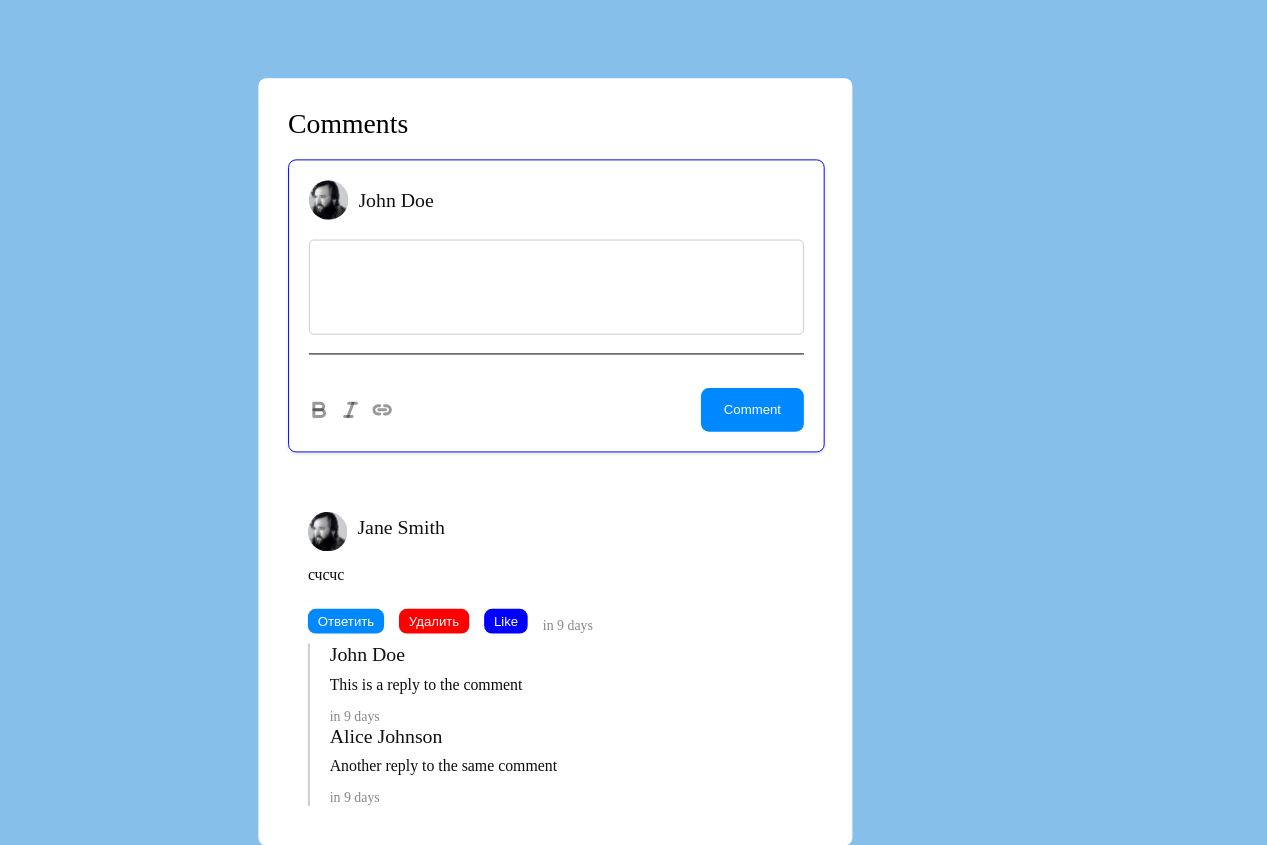
Repository: nikiforovki/appcommits
Page: /
The author's editor kept a copy of each file at every save. The page is drawn from the files as they stood at one save, then again after the next save.
The browser window is 1280 px wide. The pictures show the whole page, at 99% of full size.
The project was rebuilt for these pictures with package versions that can differ from the ones it lists, and the page was loaded fresh each time. Requests to the local data server were answered from the project's data file. Also part of the build but not shown: webpack.config.ts.

Above is the page before, as saved 2024-08-23 23:26:43.

After the next save:
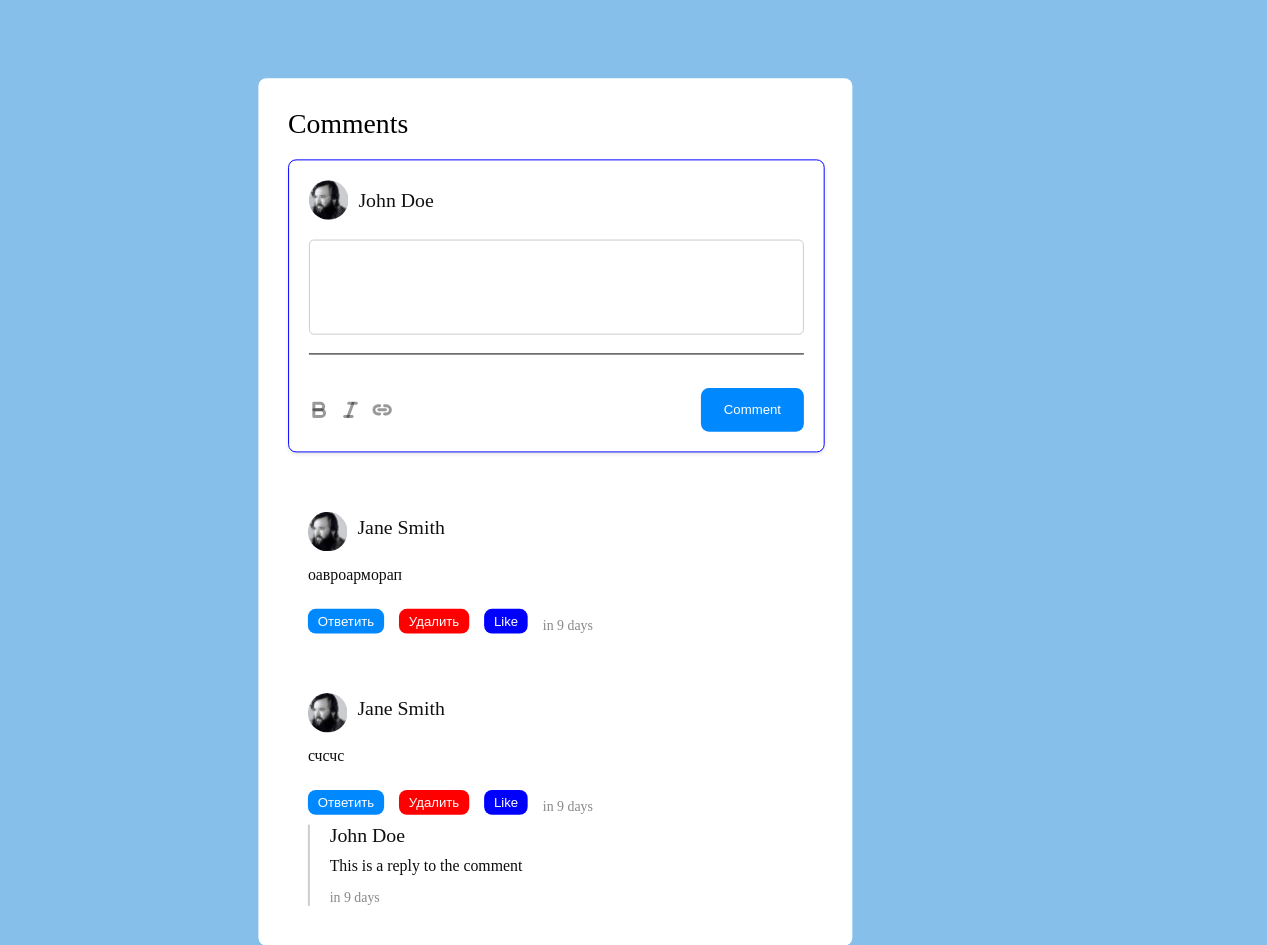
Saved 58 min 6 s later.
--- a/db.json
+++ b/db.json
@@ -16,14 +16,20 @@
           "author": "John Doe",
           "text": "This is a reply to the comment",
           "timestamp": "2024-08-23T20:20:31.668Z"
-        },
-        {
-          "id": "unique-reply-id-2",
-          "author": "Alice Johnson",
-          "text": "Another reply to the same comment",
-          "timestamp": "2024-08-23T20:21:31.668Z"
         }
       ]
+    },
+    {
+      "id": "1724448278780",
+      "img": "/img/IconMan.svg",
+      "author": "Jane Smith",
+      "text": "оавроарморап",
+      "timestamp": "2024-08-23T21:24:38.780Z",
+      "liked": false,
+      "isBold": false,
+      "isItalic": false,
+      "isLink": false,
+      "replies": []
     }
   ]
 }
